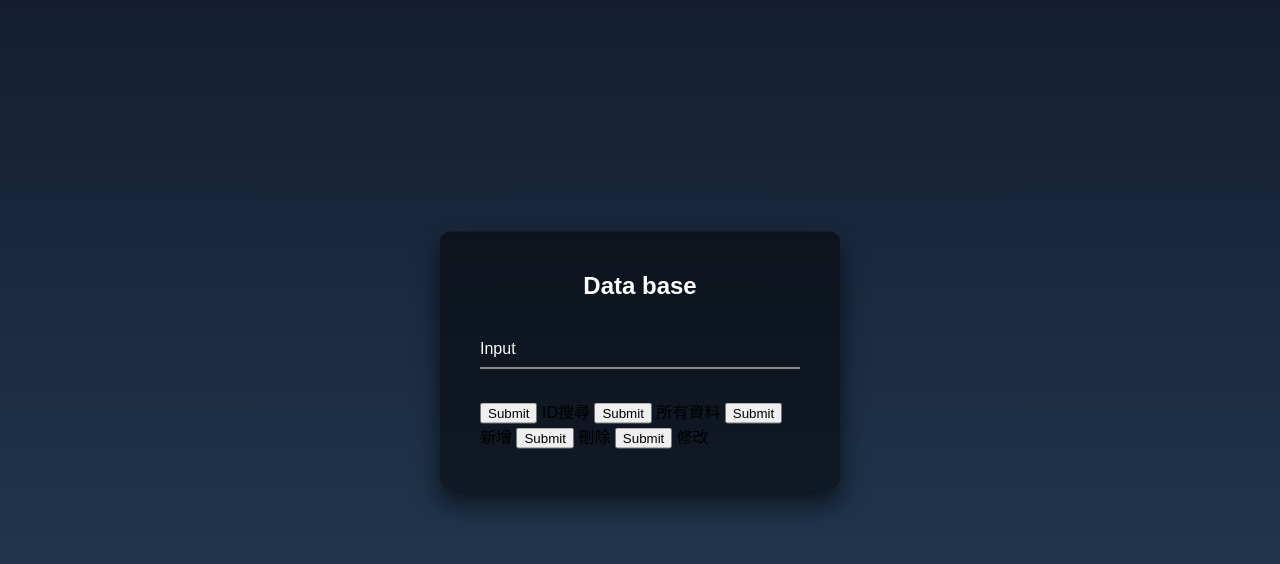
Repository: Ray917x/JaveEEforProject
Page: JSP/src/main/webapp/project/MainPageCSS.html
The author's editor kept a copy of each file at every save. The page is drawn from the files as they stood at one save, then again after the next save.
The browser window is 1280 px wide. The pictures show the whole page.

Above is the page before, as saved 2022-09-14 07:22:07.

### JSP/src/main/webapp/project/MainPageCSS.html
<!DOCTYPE html>
<html lang="en">

<head>
    <meta charset="UTF-8">
    <meta http-equiv="X-UA-Compatible" content="IE=edge">
    <meta name="viewport" content="width=device-width, initial-scale=1.0">
    <title>Document</title>
    <style>
        html {
            height: 100%;
        }

        body {
            margin: 0;
            padding: 0;
            font-family: sans-serif;
            background: linear-gradient(#141e30, #243b55);
        }

        .login-box {
            position: absolute;
            top: 50%;
            left: 50%;
            width: 400px;
            padding: 40px;
            transform: translate(-50%, -50%);
            background: rgba(0, 0, 0, .5);
            box-sizing: border-box;
            box-shadow: 0 15px 25px rgba(0, 0, 0, .6);
            border-radius: 10px;
        }

        .login-box h2 {
            margin: 0 0 30px;
            padding: 0;
            color: #fff;
            text-align: center;
        }

        .login-box .user-box {
            position: relative;
        }

        .login-box .user-box input {
            width: 100%;
            padding: 10px 0;
            font-size: 16px;
            color: #fff;
            margin-bottom: 30px;
            border: none;
            border-bottom: 1px solid #fff;
            outline: none;
            background: transparent;
        }

        .login-box .user-box label {
            position: absolute;
            top: 0;
            left: 0;
            padding: 10px 0;
            font-size: 16px;
            color: #fff;
            pointer-events: none;
            transition: .5s;
        }

        .login-box .user-box input:focus~label,
        .login-box .user-box input:valid~label {
            top: -20px;
            left: 0;
            color: #03e9f4;
            font-size: 12px;
        }

        .login-box form button {
            position: relative;
            display: inline-block;
            padding: 10px 20px;
            color: #03e9f4;
            font-size: 16px;
            text-decoration: none;
            text-transform: uppercase;
            overflow: hidden;
            transition: .5s;
            margin-top: 40px;
            letter-spacing: 4px
        }

        .login-box button:hover {
            background: #03e9f4;
            color: #fff;
            border-radius: 5px;
            box-shadow: 0 0 5px #03e9f4,
                0 0 25px #03e9f4,
                0 0 50px #03e9f4,
                0 0 100px #03e9f4;
        }

        .login-box button span {
            position: absolute;
            display: block;
        }

        .login-box button span:nth-child(1) {
            top: 0;
            left: -100%;
            width: 100%;
            height: 2px;
            background: linear-gradient(90deg, transparent, #03e9f4);
            animation: btn-anim1 1s linear infinite;
        }

        @keyframes btn-anim1 {
            0% {
                left: -100%;
            }

            50%,
            100% {
                left: 100%;
            }
        }

        .login-box button span:nth-child(2) {
            top: -100%;
            right: 0;
            width: 2px;
            height: 100%;
            background: linear-gradient(180deg, transparent, #03e9f4);
            animation: btn-anim2 1s linear infinite;
            animation-delay: .25s
        }

        @keyframes btn-anim2 {
            0% {
                top: -100%;
            }

            50%,
            100% {
                top: 100%;
            }
        }

        .login-box button span:nth-child(3) {
            bottom: 0;
            right: -100%;
            width: 100%;
            height: 2px;
            background: linear-gradient(270deg, transparent, #03e9f4);
            animation: btn-anim3 1s linear infinite;
            animation-delay: .5s
        }

        @keyframes btn-anim3 {
            0% {
                right: -100%;
            }

            50%,
            100% {
                right: 100%;
            }
        }

        .login-box button span:nth-child(4) {
            bottom: -100%;
            left: 0;
            width: 2px;
            height: 100%;
            background: linear-gradient(360deg, transparent, #03e9f4);
            animation: btn-anim4 1s linear infinite;
            animation-delay: .75s
        }

        @keyframes btn-anim4 {
            0% {
                bottom: -100%;
            }

            50%,
            100% {
                bottom: 100%;
            }
        }
    </style>
</head>

<body>
    <div class="login-box">
        <h2>Data base</h2>
        <form method="post" action="/JSP/AnimalGetJSTL">
            <div class="user-box">
                <input type="text" name="animal_id" required>
                <label>Input</label>
            </div>

            <input class="button" type="submit" >
            	<span></span>
                <span></span>
                <span></span>
                <span></span>
                ID搜尋</input>

            <input class="button" type="submit" formaction="/JSP/AnimalGetAllJSTL">
                <span></span>
                <span></span>
                <span></span>
                <span></span>
                所有資料
            </input>

            <input class="button" type="submit"  formaction="AnimalCreate.html">
                <span></span>
                <span></span>
                <span></span>
                <span></span>
                新增
            </input>

            <input class="button" type="submit"  formaction="/JSP/AnimalDelete">
                <span></span>
                <span></span>
                <span></span>
                <span></span>
                刪除
            </input>

            <input class="button" type="submit"  formaction="/JSP/AnimalGetUpdateJSTL">
                <span></span>
                <span></span>
                <span></span>
                <span></span>
                修改
            </input>
        </form>
    </div>
</body>

</html>

After the next save:
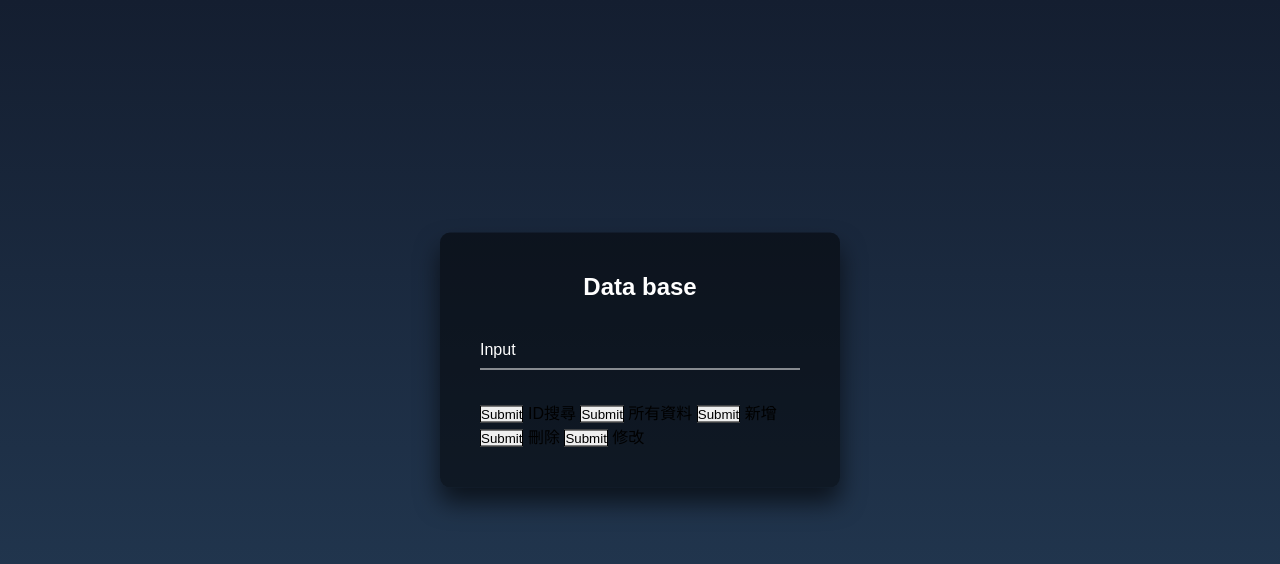
Saved 2 min 17 s later.
--- a/JSP/src/main/webapp/project/MainPageCSS.html
+++ b/JSP/src/main/webapp/project/MainPageCSS.html
@@ -7,6 +7,11 @@
     <meta name="viewport" content="width=device-width, initial-scale=1.0">
     <title>Document</title>
     <style>
+    	.button{
+    	 	margin: 0;
+            padding: 0;
+            border: 1px solid;
+    	}
         html {
             height: 100%;
         }
@@ -111,6 +116,7 @@
             animation: btn-anim1 1s linear infinite;
         }
 
+
         @keyframes btn-anim1 {
             0% {
                 left: -100%;
